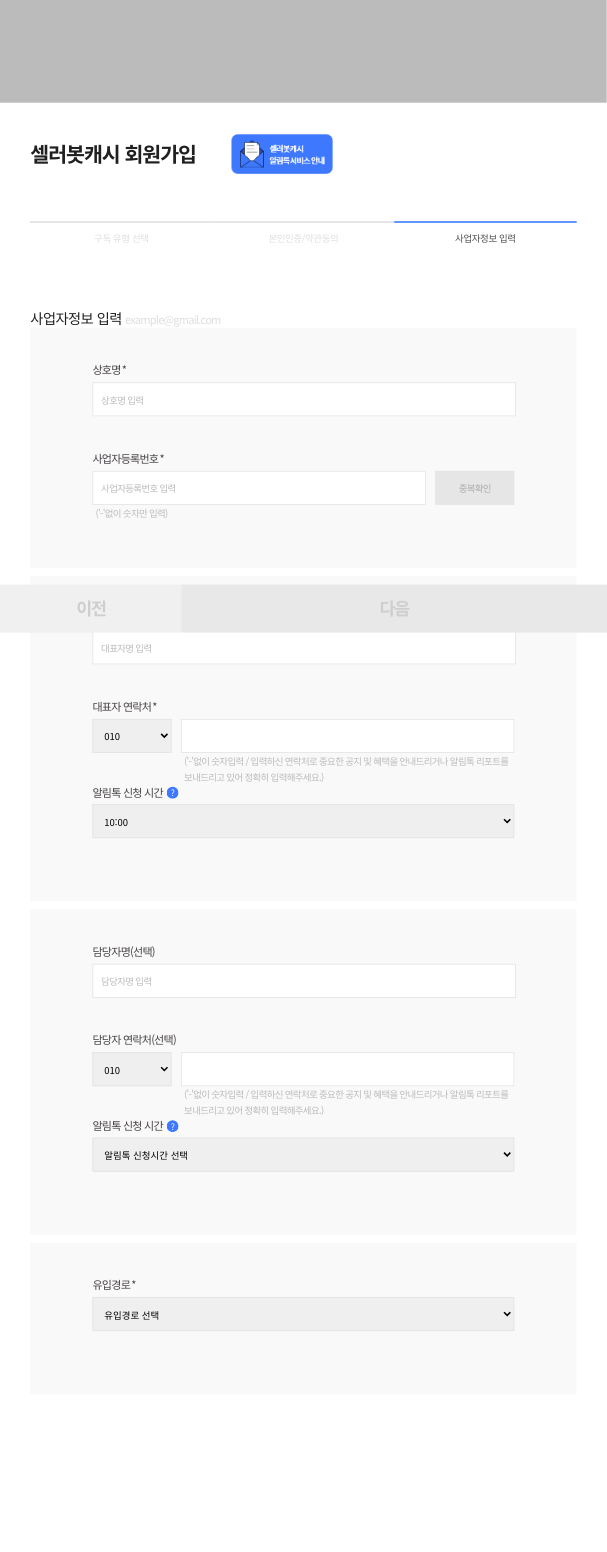
Repository: elemapfelr/ownServer
Page: test-server/web/sellerbot_signup/step_04.html
An editor plug-in stored every save of this project. The page is shown before and after the next save, followed by the edit.
The browser window is 768 px wide. The pictures show the whole page, at 79% of full size.
The style sheet was rebuilt from its Sass, Less or Tailwind sources for each picture, by a compiler version that may differ from the author's.

Above is the page before, as saved 2023-03-10 17:39:54.

After the next save:
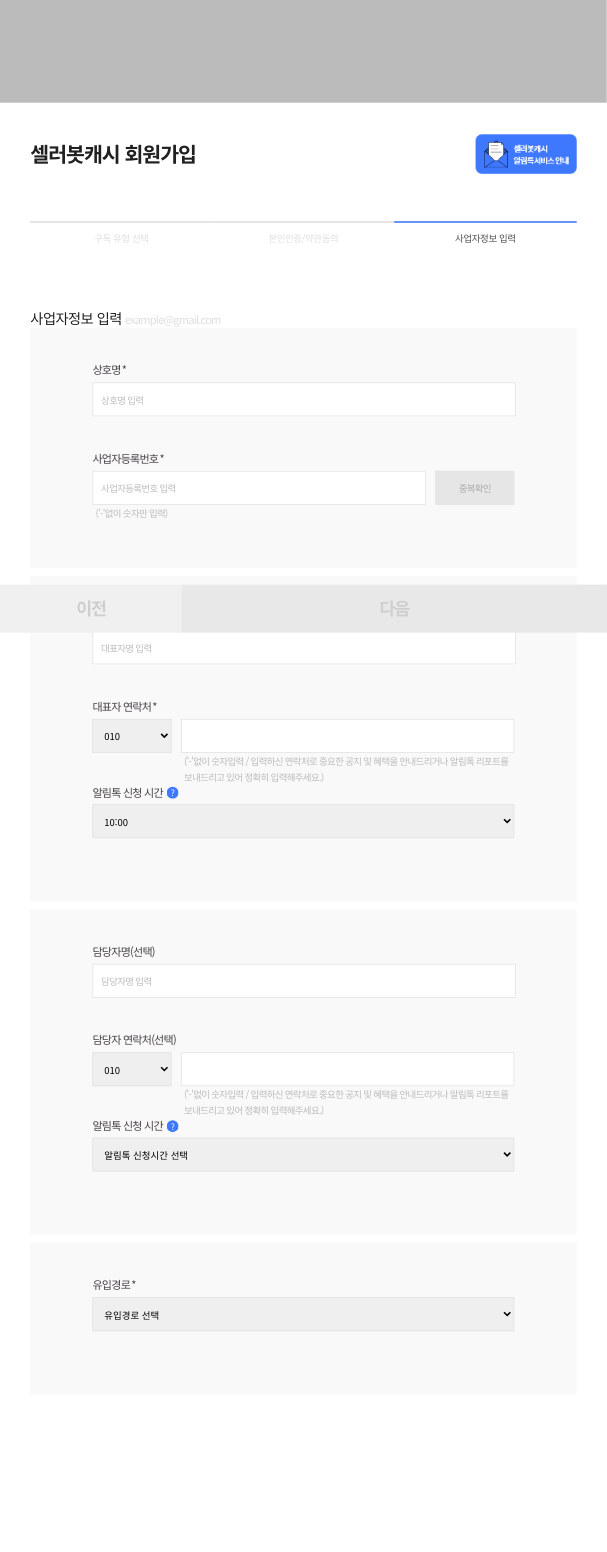
Saved 25 s later.
--- a/test-server/web/sellerbot_signup/css/scss/step_03.scss
+++ b/test-server/web/sellerbot_signup/css/scss/step_03.scss
@@ -374,9 +374,9 @@ button.fixed3 {
 @media only screen and (max-width: 900px) {
     article#top{
         .title{
+            justify-content: space-between;
             img#talkInfo{
                 display: block;
-                margin-left: 45px;
                 cursor: pointer;
             }
         }
